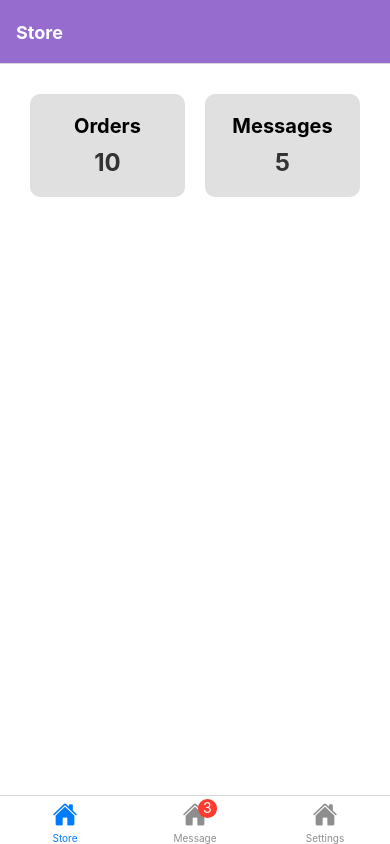
Repository: Waikato153/AwesomeProject
Screen: /
The author's editor kept a copy of each file at every save. The screen is drawn from the files as they stood at one save, then again after the next save.
The app was drawn by React Native's web renderer in a window 390 px wide. The project was rebuilt for these pictures with package versions that can differ from the ones it lists, and the page was loaded fresh each time.

Above is the screen before, as saved 2024-02-28 21:42:34.

### App.js
import * as React from 'react';
import { Text, View, StyleSheet} from 'react-native';
import { NavigationContainer } from '@react-navigation/native';
import { createBottomTabNavigator } from '@react-navigation/bottom-tabs';
import { Ionicons } from '@expo/vector-icons';

import HomeScreen from './screens/HomeScreen';

function SettingsScreen() {
  return (
    <View style={{ flex: 1, justifyContent: 'center', alignItems: 'center' }}>
      <Text>Settings!</Text>
    </View>
  );
}


const styles = StyleSheet.create({
  container: {
    flex: 1,
    justifyContent: 'center',
    backgroundColor: 'white',
    alignItems: 'center',
    padding: 8,
  },
  paragraph: {
    margin: 24,
    fontSize: 18,
    fontWeight: 'bold',
    textAlign: 'center',
  },
});

const Tab = createBottomTabNavigator();

function MyTabs() {
  return (

    <Tab.Navigator
      screenOptions={{
        tabBarIcon: ({ color, size }) => (
          <Ionicons name="home" color={color} size={size} />
        ),
        headerStyle: {
          backgroundColor: '#966ccf',
        },
        headerTintColor: '#fff',
        headerTitleStyle: {
          fontWeight: 'bold',
        },
      }}
    >
      <Tab.Screen
        name="Store"
        component={HomeScreen}

      />
      <Tab.Screen
        name="Message"
        component={SettingsScreen}
        options={{
          tabBarBadge: 3
        }}
      />
      <Tab.Screen
        name="Settings"
        component={SettingsScreen}
      />
    </Tab.Navigator>
  );
}

export default function App() {
  return (
    <NavigationContainer>
      <MyTabs />
    </NavigationContainer>
  );
}

### screens/HomeScreen.js
import React from 'react';
import { View, Text, StyleSheet } from 'react-native';

const HomeScreen = () => {
  return (
    <View style={styles.container}>
      <View style={styles.block}>
        <Text style={styles.title}>Orders</Text>
        <Text style={styles.count}>10</Text>
      </View>
      <View style={styles.block}>
        <Text style={styles.title}>Messages</Text>
        <Text style={styles.count}>5</Text>
      </View>

    </View>
  );
};



const styles = StyleSheet.create({
  container: {
    flex: 1,
    flexDirection: 'row',
    justifyContent: 'space-around',
    alignItems: 'flex-start',
    backgroundColor: '#ffffff',
    padding: 20,
  },
  block: {
    flex: 1,
    justifyContent: 'center',
    alignItems: 'center',
    backgroundColor: '#e0e0e0',
    borderRadius: 10,
    padding: 20,
    margin: 10,
  },
  title: {
    fontSize: 20,
    fontWeight: 'bold',
    marginBottom: 10,
  },
  count: {
    fontSize: 24,
    fontWeight: 'bold',
    color: '#333333',
  },
});



export default HomeScreen;

After the next save:
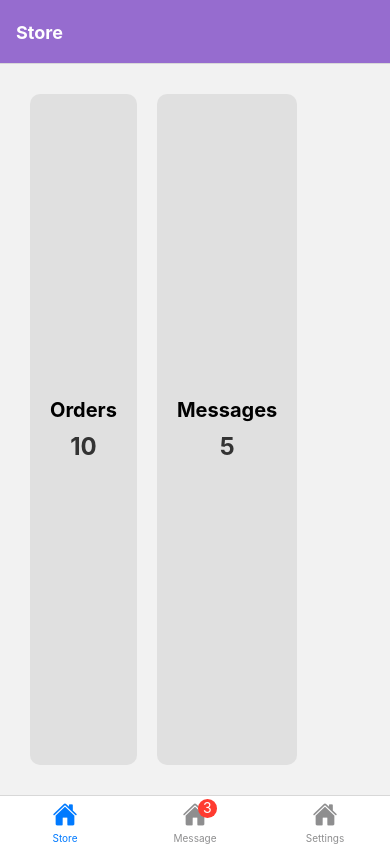
Saved 89 s later.
--- a/screens/HomeScreen.js
+++ b/screens/HomeScreen.js
@@ -1,9 +1,9 @@
 import React from 'react';
-import { View, Text, StyleSheet } from 'react-native';
+import { View, Text, StyleSheet, ScrollView } from 'react-native';
 
 const HomeScreen = () => {
   return (
-    <View style={styles.container}>
+    <ScrollView horizontal contentContainerStyle={styles.container}>
       <View style={styles.block}>
         <Text style={styles.title}>Orders</Text>
         <Text style={styles.count}>10</Text>
@@ -12,24 +12,16 @@ const HomeScreen = () => {
         <Text style={styles.title}>Messages</Text>
         <Text style={styles.count}>5</Text>
       </View>
-
-    </View>
+      {/* Add more blocks as needed */}
+    </ScrollView>
   );
 };
 
-
-
 const styles = StyleSheet.create({
   container: {
-    flex: 1,
-    flexDirection: 'row',
-    justifyContent: 'space-around',
-    alignItems: 'flex-start',
-    backgroundColor: '#ffffff',
     padding: 20,
   },
   block: {
-    flex: 1,
     justifyContent: 'center',
     alignItems: 'center',
     backgroundColor: '#e0e0e0',
@@ -49,6 +41,4 @@ const styles = StyleSheet.create({
   },
 });
 
-
-
 export default HomeScreen;
